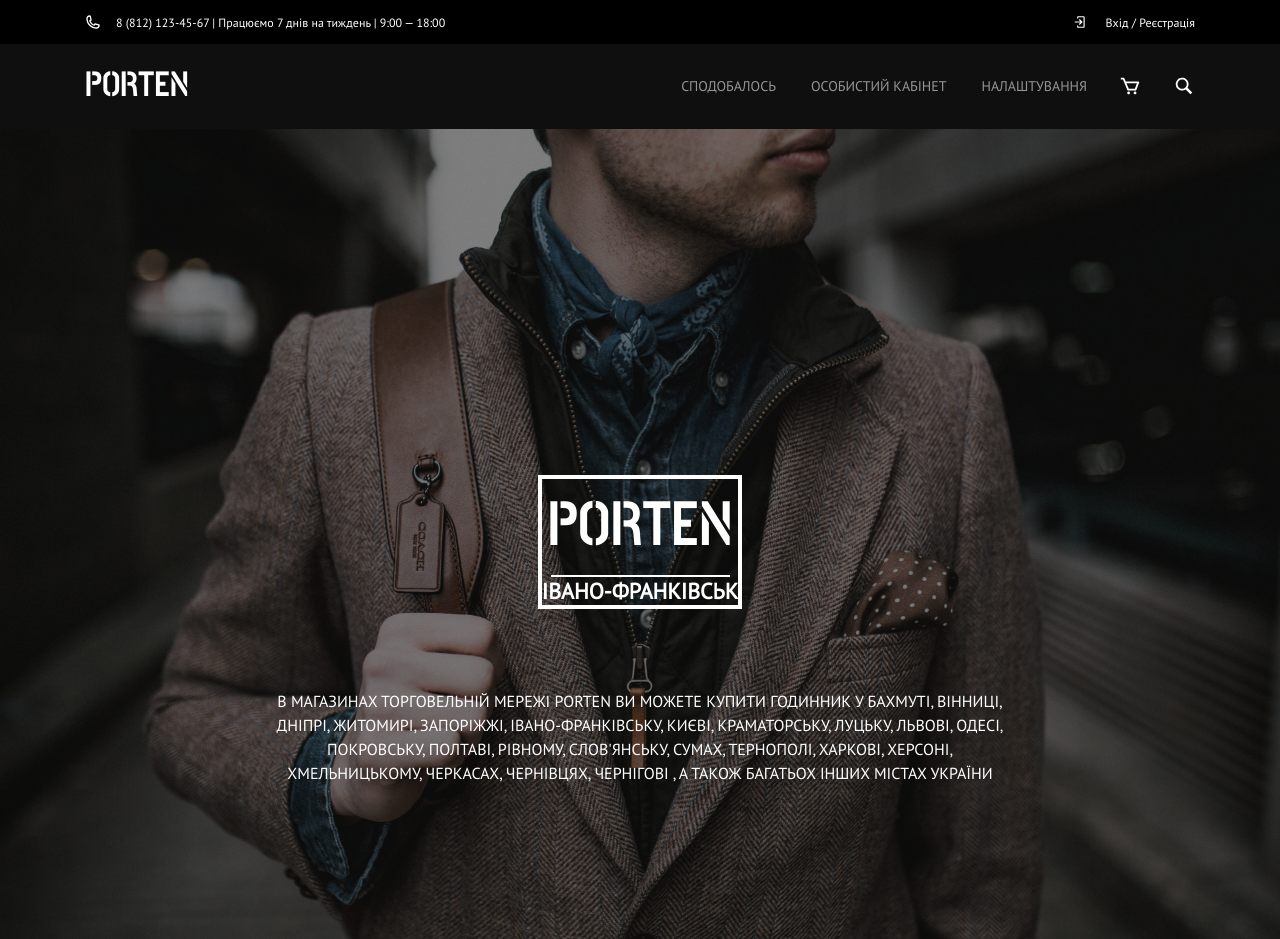
Repository: KYUUBI-K/porten
Page: index.html
These files come from the project's save history. The page is drawn as it stood at one moment and after the next save; the edit follows.
The browser window is 1280 px wide. The pictures show the whole page.

Above is the page before, as saved 2025-09-09 21:08:49.

### index.html
<!DOCTYPE html>
<html lang="en">
  <head>
    <meta charset="UTF-8" />
    <meta name="viewport" content="width=device-width, initial-scale=1.0" />
    <title>Cappadocia</title>
    <link rel="stylesheet" href="./styles.css" />
    <script defer src="./index.js"></script>
  </head>
  <body>
    <header class="header">
      <div class="top-line">
        <div class="wrapper">
          <div class="top-line-content">
            <div class="info">
              <svg
                width="16"
                height="16"
                viewBox="0 0 16 16"
                fill="none"
                xmlns="http://www.w3.org/2000/svg"
              >
                <path
                  d="M11.6 14.6667C8.87817 14.6631 6.26886 13.5803 4.34425 11.6557C2.41964 9.73112 1.33684 7.1218 1.33331 4.39999C1.33331 3.58666 1.65641 2.80665 2.23152 2.23153C2.80663 1.65642 3.58665 1.33333 4.39998 1.33333C4.57221 1.33202 4.74415 1.34765 4.91331 1.37999C5.07685 1.4042 5.23762 1.44439 5.39331 1.49999C5.50281 1.53841 5.60039 1.60475 5.67639 1.69244C5.75239 1.78014 5.80418 1.88615 5.82665 1.99999L6.73998 5.99999C6.7646 6.10857 6.76163 6.22158 6.73136 6.32872C6.70108 6.43585 6.64445 6.5337 6.56665 6.61333C6.47998 6.70666 6.47331 6.71333 5.65331 7.13999C6.30998 8.58057 7.46211 9.73743 8.89998 10.4C9.33331 9.57333 9.33998 9.56666 9.43331 9.47999C9.51294 9.40219 9.61079 9.34556 9.71792 9.31528C9.82506 9.28501 9.93807 9.28204 10.0466 9.30666L14.0466 10.22C14.1568 10.2456 14.2587 10.2988 14.3427 10.3746C14.4267 10.4504 14.49 10.5463 14.5266 10.6533C14.5829 10.8116 14.6253 10.9744 14.6533 11.14C14.6801 11.3075 14.6935 11.477 14.6933 11.6467C14.681 12.4565 14.3488 13.2286 13.7693 13.7944C13.1897 14.3602 12.4099 14.6738 11.6 14.6667V14.6667ZM4.39998 2.66666C3.94081 2.66842 3.50095 2.8516 3.17627 3.17628C2.85158 3.50097 2.6684 3.94083 2.66665 4.39999C2.66841 6.76872 3.61017 9.03992 5.28511 10.7149C6.96005 12.3898 9.23125 13.3316 11.6 13.3333C12.0591 13.3316 12.499 13.1484 12.8237 12.8237C13.1484 12.499 13.3316 12.0592 13.3333 11.6V11.38L10.24 10.6667L10.0466 11.0333C9.74665 11.6133 9.52665 12.0333 8.96665 11.8067C7.8619 11.4112 6.85911 10.7747 6.03114 9.94325C5.20316 9.11181 4.57079 8.10638 4.17998 6.99999C3.93998 6.47999 4.39331 6.23999 4.96665 5.93999L5.33331 5.75999L4.61998 2.66666H4.39998Z"
                  fill="white"
                />
              </svg>
              8 (812) 123-45-67 | Працюємо 7 днів на тиждень | 9:00 — 18:00
            </div>
            <div class="login">
              <svg
                width="14"
                height="14"
                viewBox="0 0 14 14"
                fill="none"
                xmlns="http://www.w3.org/2000/svg"
              >
                <path
                  d="M5.25001 1.16675H10.5C11.1417 1.16675 11.6667 1.69175 11.6667 2.33341V11.6667C11.6667 12.3084 11.1417 12.8334 10.5 12.8334H5.25001C4.60834 12.8334 4.08334 12.3084 4.08334 11.6667V10.5001H5.25001V11.6667H10.5V2.33341H5.25001V3.50008H4.08334V2.33341C4.08334 1.69175 4.60834 1.16675 5.25001 1.16675Z"
                  fill="white"
                />
                <path
                  d="M5.88583 9.09409L6.70833 9.91659L9.625 6.99992L6.70833 4.08325L5.88583 4.90575L7.39083 6.41659H1.75V7.58325H7.39083L5.88583 9.09409Z"
                  fill="white"
                />
              </svg>
              Вхід / Реєстрація
            </div>
          </div>
        </div>
      </div>
      <div class="bot-line">
        <div class="wrapper">
          <div class="bot-line-content">
            <div class="header-logo">PORTEN</div>
            <nav class="header-menu">
              <ul class="header-menu-list">
                <li class="header-menu-item">
                  <a class="header-menu-link" href="#liked">cподобалось</a>
                </li>
                <li class="header-menu-item">
                  <a class="header-menu-link" href="#office"
                    >Особистий кабінет</a
                  >
                </li>
                <li class="header-menu-item">
                  <a class="header-menu-link" href="#settings">налаштування</a>
                </li>
              </ul>
              <svg
                width="22"
                height="22"
                viewBox="0 0 22 22"
                fill="none"
                xmlns="http://www.w3.org/2000/svg"
              >
                <path
                  d="M20.0035 6.81175C19.9192 6.6899 19.8066 6.59031 19.6754 6.5215C19.5441 6.45269 19.3982 6.41672 19.25 6.41667H6.72193L5.66409 3.8775C5.52539 3.54312 5.29052 3.25746 4.98927 3.05673C4.68801 2.856 4.33393 2.74925 3.97193 2.75H1.83334V4.58334H3.97193L8.32059 15.0196C8.39025 15.1866 8.50775 15.3292 8.65831 15.4295C8.80887 15.5298 8.98575 15.5834 9.16668 15.5833H16.5C16.8823 15.5833 17.2242 15.3459 17.3589 14.9893L20.1089 7.656C20.1609 7.51724 20.1785 7.36794 20.1601 7.22091C20.1417 7.07387 20.088 6.93348 20.0035 6.81175ZM15.8648 13.75H9.77809L7.48643 8.25H17.9273L15.8648 13.75Z"
                  fill="white"
                />
                <path
                  d="M9.625 19.25C10.3844 19.25 11 18.6344 11 17.875C11 17.1156 10.3844 16.5 9.625 16.5C8.86561 16.5 8.25 17.1156 8.25 17.875C8.25 18.6344 8.86561 19.25 9.625 19.25Z"
                  fill="white"
                />
                <path
                  d="M16.0417 19.25C16.8011 19.25 17.4167 18.6344 17.4167 17.875C17.4167 17.1156 16.8011 16.5 16.0417 16.5C15.2823 16.5 14.6667 17.1156 14.6667 17.875C14.6667 18.6344 15.2823 19.25 16.0417 19.25Z"
                  fill="white"
                />
              </svg>
              <svg
                width="22"
                height="22"
                viewBox="0 0 22 22"
                fill="none"
                xmlns="http://www.w3.org/2000/svg"
              >
                <path
                  d="M19.25 17.4167L14.5255 12.6922C15.3989 11.3648 15.7488 9.76053 15.5073 8.18999C15.2658 6.61945 14.4501 5.19437 13.2182 4.19068C11.9864 3.18698 10.4259 2.67606 8.83895 2.75684C7.252 2.83762 5.75147 3.50434 4.62788 4.62794C3.50428 5.75153 2.83755 7.25206 2.75678 8.83901C2.676 10.426 3.18692 11.9864 4.19061 13.2183C5.19431 14.4502 6.61939 15.2658 8.18993 15.5073C9.76047 15.7488 11.3648 15.399 12.6922 14.5256L17.4167 19.2501L19.25 17.4167ZM4.58335 9.16675C4.58335 6.6395 6.63944 4.58341 9.16669 4.58341C11.6939 4.58341 13.75 6.6395 13.75 9.16675C13.75 11.694 11.6939 13.7501 9.16669 13.7501C6.63944 13.7501 4.58335 11.694 4.58335 9.16675Z"
                  fill="white"
                />
              </svg>
            </nav>
          </div>
        </div>
      </div>
    </header>
    <section class="banner">
      <div class="banner-logo">
        <h1 class="banner-title">PORTEN</h1>
        <svg
          width="179"
          height="2"
          viewBox="0 0 179 2"
          fill="none"
          xmlns="http://www.w3.org/2000/svg"
        >
          <line
            x1="-8.74228e-08"
            y1="1"
            x2="179"
            y2="0.999984"
            stroke="white"
            stroke-width="2"
          />
        </svg>
        <h2 class="banner-subtitle">івано-франківськ</h2>
      </div>
      <div class="banner-info">
        В магазинах Торговельній мережі Porten ви можете купити годинник у
        Бахмуті, Вінниці, Дніпрі, Житомирі, Запоріжжі, Івано-Франківську, Києві,
        Краматорську, Луцьку, Львові, Одесі, Покровську, Полтаві, Рівному,
        Слов'янську, Сумах, Тернополі, Харкові, Херсоні, Хмельницькому,
        Черкасах, Чернівцях, Чернігові , а також багатьох інших містах України
      </div>
    </section>
  </body>
</html>

### styles.css
@font-face {
  font-family: "PT Sans";
  src: url("./fonts/PTSans-Regular.woff2") format("woff2");
  font-weight: 400;
  font-style: normal;
  font-display: swap;
}

@font-face {
  font-family: "Playfair Display";
  src: url("./fonts/PlayfairDisplay-Regular.woff2") format("woff2");
  font-weight: 400;
  font-style: normal;
  font-display: swap;
}

@font-face {
  font-family: "Playfair Display";
  src: url("./fonts/PlayfairDisplay-Bold.woff2") format("woff2");
  font-weight: 700;
  font-style: normal;
  font-display: swap;
}

@font-face {
  font-family: "Post No Bills Jaffna";
  src: url("./fonts/PostNoBillsJaffna-Bold.woff2") format("woff2");
  font-weight: 700;
  font-style: normal;
  font-display: swap;
}

html {
  box-sizing: border-box;
}
*,
*::before,
*::after {
  box-sizing: inherit;
  margin: 0;
  padding: 0;
}

:root {
  --color-dark: #000000;
  --color-light-dark: #0f0f0f;
  --color-white: #ffffff;
  --light-gray: #d0d0d0;
  --color-gray: #969696;

  --border: 1px solid var(--color-white);

  --font-family-base: "PT Sans", sans-serif;
  --font-family-accent: "Playfair Display", sans-serif;
  --font-family-logo: "Post No Bills Jaffna", sans-serif;

  --input-height: 47px;
}

body {
  font-size: 14px;
  font-family: var(--font-family-base);
  background-color: var(--color-dark);
  color: var(--color-white);
}

li {
  list-style: none;
}
a {
  text-decoration: none;
  color: inherit;
}
.wrapper {
  margin: 0 auto;
  max-width: 1110px;
}

.top-line-content {
  font-family: var(--font-family-base);
  font-size: 12px;
  display: flex;
  justify-content: space-between;
  padding: 14px 0px;
}
.info {
  display: flex;
  align-items: center;
  column-gap: 15px;
}

.login {
  display: flex;
  align-items: center;
  column-gap: 19px;
}

.bot-line {
  background-color: var(--color-light-dark);
}

.bot-line-content {
  display: flex;
  justify-content: space-between;
  padding: 15px 0 16px 0;
}

.header-menu {
  font-family: var(--font-family-base);
  font-size: 14px;
  color: var(--color-gray);
  display: flex;
  justify-content: space-between;
  gap: 32px;
  align-items: center;
}
.header-menu-list {
  display: flex;
  text-transform: uppercase;
  gap: 35px;
}
.header-logo {
  font-family: var(--font-family-logo);
  font-size: 36px;
}

.banner {
  display: flex;
  flex-direction: column;
  justify-content: flex-end;
  align-items: center;
  text-transform: uppercase;
  min-height: 810px;
  background: linear-gradient(
      0deg,
      rgba(15, 15, 15, 0.5) 0%,
      rgba(15, 15, 15, 0.5) 100%
    ),
    url(/images/Rectangle\ 3.png) lightgray 50% / cover no-repeat;
}
.banner-logo {
  display: flex;
  border: 4px solid #fff;
  flex-direction: column;
  align-items: center;
}
.banner-title {
  font-family: var(--font-family-logo);
  font-size: 64px;
  font-weight: 700;
}

.banner-subtitle {
  font-family: var(--font-family-base);
  font-size: 22px;
}

.banner-info {
  font-family: var(--font-family-base);
  font-size: 16px;
  font-style: normal;
  font-weight: 400;
  line-height: 150%;
  text-align: center;
  padding: 80px 0 154px 0;
  max-width: 730px;
}

### index.js
document.addEventListener("DOMContentLoaded", () => {
  const sliders = document.querySelectorAll(".route-slider, .about-slider");

  sliders.forEach((slider) => {
    const slidesContainer = slider.querySelector(".slides");
    const slides = slider.querySelectorAll(".slide");
    const prevBtn = slider.querySelector(".prev");
    const nextBtn = slider.querySelector(".next");

    let currentIndex = 0;

    function updateSlide() {
      slidesContainer.style.transform = `translateX(-${currentIndex * 100}%)`;
    }

    nextBtn.addEventListener("click", () => {
      currentIndex++;
      if (currentIndex >= slides.length) {
        currentIndex = 0;
      }
      updateSlide();
    });

    prevBtn.addEventListener("click", () => {
      currentIndex--;
      if (currentIndex < 0) {
        currentIndex = slides.length - 1;
      }
      updateSlide();
    });
  });
});

After the next save:
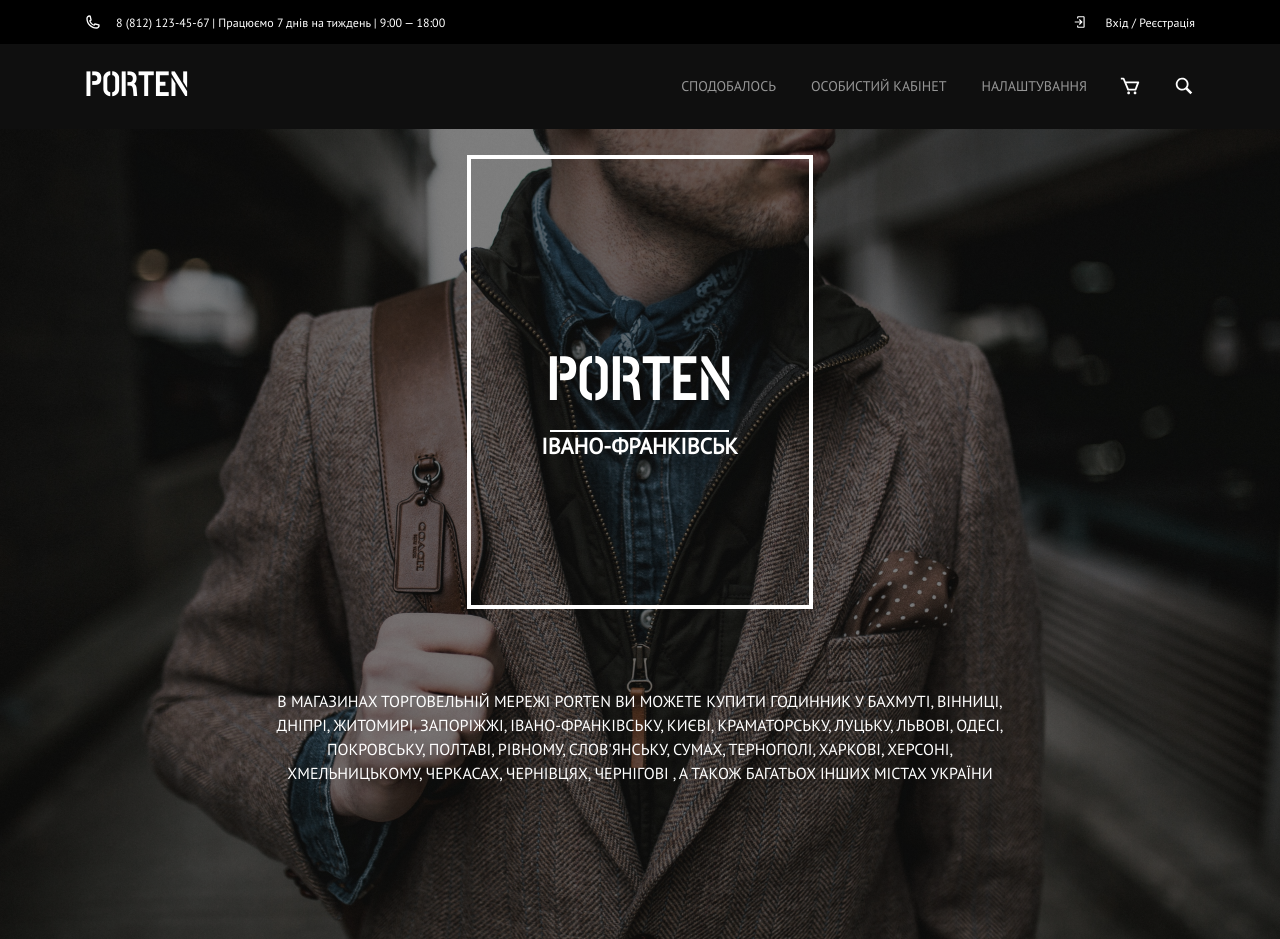
Saved 2 min 27 s later.
--- a/styles.css
+++ b/styles.css
@@ -140,8 +140,9 @@
 }
 .banner-logo {
   display: flex;
+  flex-direction: column;
   border: 4px solid #fff;
-  flex-direction: column;
+  padding: 175px 71px 145px 70px;
   align-items: center;
 }
 .banner-title {
